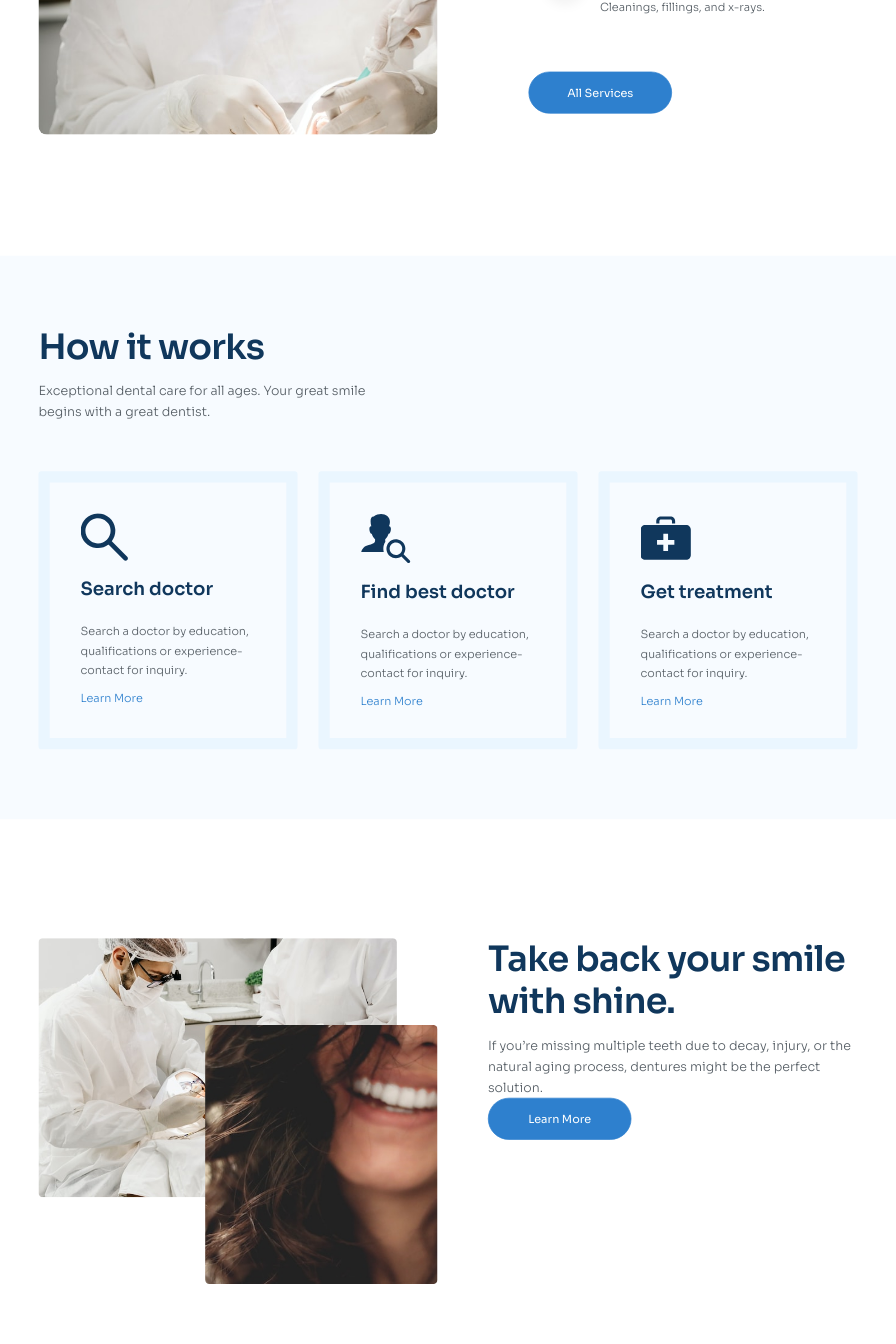
Repository: anhtien111198/f8-htmlcss-03
Page: index.html
The author's editor kept a copy of each file at every save. The page is drawn from the files as they stood at one save, then again after the next save.
The browser window is 1280 px wide. The pictures show the part of the page from y = 1475 to 3395 px (the page is 3395 px tall), at 70% of full size.

Above is the page before, as saved 2023-05-13 15:22:46.

After the next save:
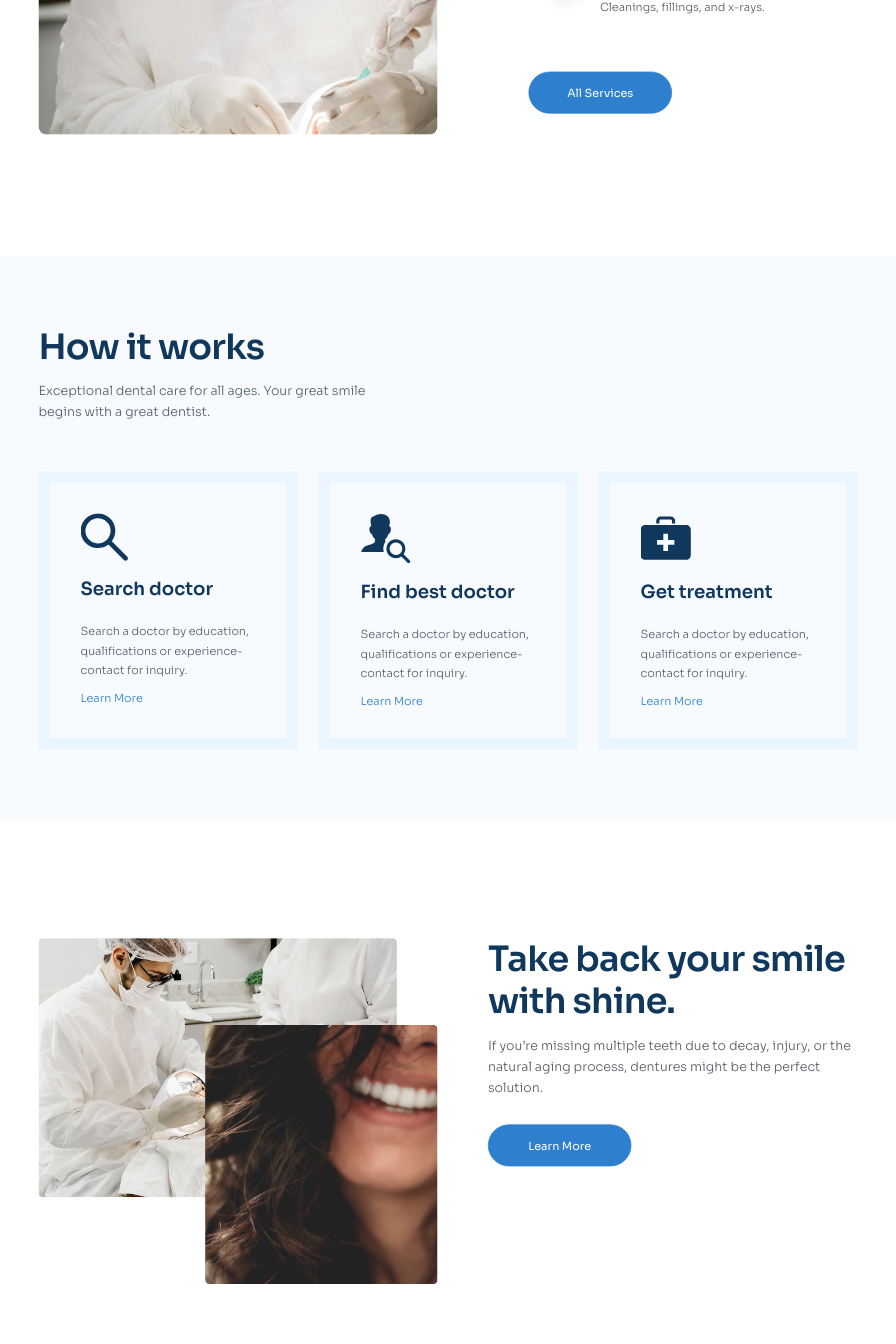
Saved 52 s later.
--- a/assets/css/style.css
+++ b/assets/css/style.css
@@ -349,5 +349,6 @@ a {
     width: 332px;
     height: 370px;
 }
-.feature__content {
-}
+.feature__cta {
+    margin-top: 38px;
+}
